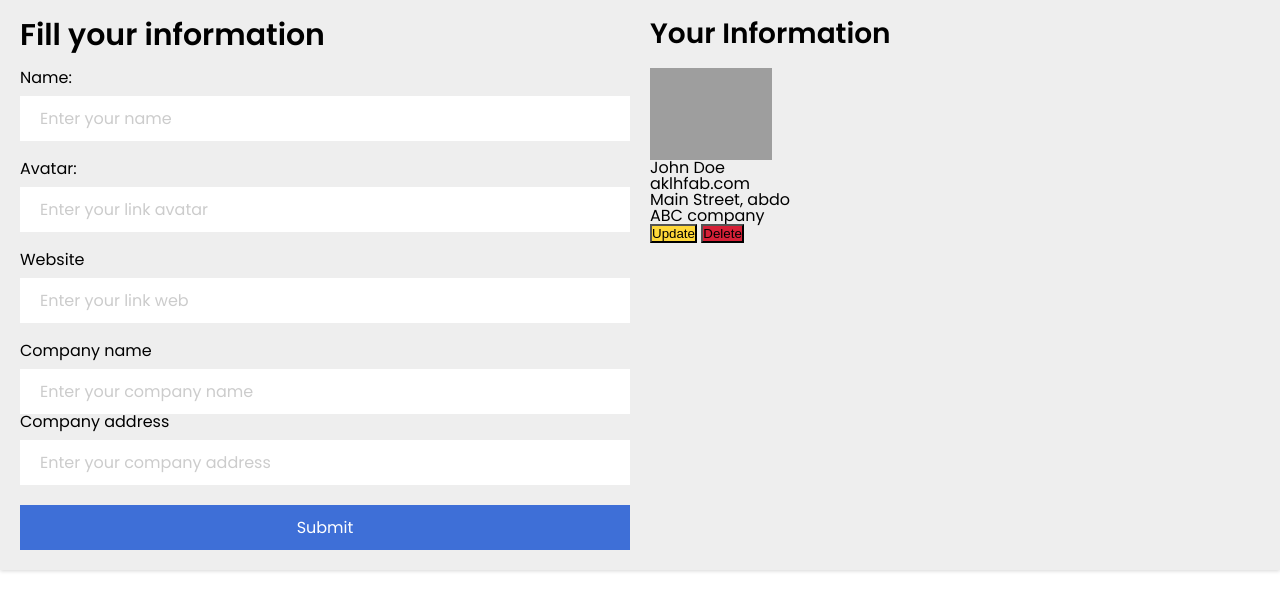
Repository: nttthao9/management
Page: index.html
These files come from the project's save history. The page is drawn as it stood at one moment and after the next save; the edit follows.
The browser window is 1280 px wide. The pictures show the whole page.
Pictures or frames that could not be fetched are drawn as grey boxes. Some web libraries are served in a nearby version.

Above is the page before, as saved 2021-10-13 10:44:49.

### index.html
<!DOCTYPE html>
<html lang="en">

<head>
  <meta charset="UTF-8">
  <meta http-equiv="X-UA-Compatible" content="IE=edge">
  <meta name="viewport" content="width=device-width, initial-scale=1.0">
  <title>Promise</title>
  <link rel="preconnect" href="https://fonts.googleapis.com">
  <link rel="preconnect" href="https://fonts.gstatic.com" crossorigin>
  <link href="https://fonts.googleapis.com/css2?family=Poppins:wght@300;400;500;600&display=swap" rel="stylesheet">
  <link rel="stylesheet" href="https://cdnjs.cloudflare.com/ajax/libs/font-awesome/5.1.0-11/css/all.css"
    integrity="sha512-xO/VZFNBvip9IT+BD6Nq/pHdBvKeFcwygKqARlegjQ+5A68KsMSYrPbGP1oYow5ec9Tqq8peJXcn5J1bD4O00w=="
    crossorigin="anonymous" referrerpolicy="no-referrer" />
  <link rel="stylesheet" href="./.vscode/style.css">
</head>

<body>
  <div class="container">
    <div class="fill-infor">
      <form action="" id="form" autocomplete="off">
        <h2 class="form-title">Fill your information</h2>
        <div class="fill fill-name">
          <label for="name">Name:</label>
          <input type="text" id="name" name="name" autocomplete="off" placeholder="Enter your name">
        </div>
        <div class="fill fill-avatar">
          <label for="avatar">Avatar:</label>
          <input type="text" id="avatar" name="avatar" placeholder="Enter your link avatar">
        </div>
        <div class="fill fill-link">
          <label for="link-web">Website</label>
          <input type="link-web" id="link-web" name="link-web" placeholder="Enter your link web">
        </div>
        <div class="fill fill-company">
          <label for="company">Company name</label>
          <input type="text" id="company-name" name="company-name" placeholder="Enter your company name">
          <label for="company">Company address</label>
          <input type="text" id="company-address" name="company-address" placeholder="Enter your company address">
        </div>
        <input type="submit" value="Submit" class="btn-submit">
      </form>
      <div class="manage">
        <h3 class="filled">Your Information</h3>
        <div class="manage-infor">
          <div class="your-image">
            <img src="http://lorempixel.com/640/480/abstract/" alt="">
          </div>
          <div class="your-name">
            <span class="name">John Doe</span>
          </div>
          <div class="your-link">
            <span class="name">aklhfab.com</span>
          </div>
          <div class="your-address">
            <span class="name">Main Street, abdo</span>
          </div>
          <div class="your-company">
            <span class="name">ABC company</span>
          </div>
          <button type="submit" class="btn-update">Update</button>
          <button type="submit" class="btn-delete">Delete</button>
        </div>
      </div>
    </div>
  </div>
  <script src="./main.js"></script>
</body>

</html>

### .vscode/style.css
html {
  box-sizing: border-box;
  font-size: 62.5%;
}
* {
  margin: 0;
  padding: 0;
}
*,
*:before,
*:after {
  box-sizing: border-box;
}
input,
textarea,
select,
button {
  outline: none;
}
input {
  line-height: normal;
}
label,
button {
  cursor: pointer;
}
a {
  text-decoration: none;
}
img {
  display: block;
  max-width: 100%;
}
body {
  font-family: 'Poppins', sans-serif;
  line-height: 1;
  font-size: 1.6rem;
}
.container {
  padding: 2rem;
  background-color: #eee;
  box-shadow: rgba(0, 0, 0, 0.16) 0px 1px 4px;
}
.btn {
  padding: 5px 1rem;
  border: 0;
  font-size: 1.3rem;
  font-family: 'Poppins', sans-serif;
  cursor: pointer;
  transition: all 0.25s linear;
  width: 10rem;
}
.btn:hover {
  color: #333;
}
.fill-infor {
  display: flex;
  justify-content: space-between;
}
.image {
  width: 50%;
}
img {
  width: 100%;
}
#form {
  width: 50%;
}
.form-title {
  font-size: 3rem;
  margin-bottom: 2rem;
}
.fill {
  margin-bottom: 2rem;
}
.fill-btn {
  display: flex;
  justify-content: space-between;
}
label,
input {
  display: block;
}
label {
  margin-bottom: 1rem;
}
input {
  width: 100%;
  padding: 1rem 2rem;
  border: 0;
  font-size: 1.6rem;
  font-family: 'Poppins', sans-serif;
  color: #333;
}
input::-webkit-input-placeholder {
  color: #ccc;
}
input::-moz-placeholder {
  color: #ccc;
}
input:-ms-input-placeholder {
  color: #ccc;
}
input::-ms-input-placeholder {
  color: #ccc;
}
input::placeholder {
  color: #ccc;
}
.btn-submit {
  width: 100%;
  font-size: 1.6rem;
  background-color: #3e6fd7;
  color: white;
}
.btn-cancel {
  font-size: 1.6rem;
  background-color: #ee4d2d;
  width: 100%;
  color: white;
}
.manage {
  width: 50%;
  margin-left: 2rem;
}
.infor-item {
  display: flex;
  /* justify-content: space-between; */
  align-items: center;
}
.infor-desc {
  margin: 0 2rem;
}
.infor-desc span {
  display: block;
  margin: 1rem 0;
}
.button {
  margin-left: auto;
}
.filled {
  font-size: 2.8rem;
  margin-bottom: 2rem;
}
.your-image {
  width: 20%;
  /* height: 5rem; */
}

.btn-update {
  background-color: #ffd839;
  margin-bottom: 1rem;
}
.btn-delete {
  background-color: #d62037;
}

Loaded but not shown: main.js (no stored copy; drawn as an empty file)

After the next save:
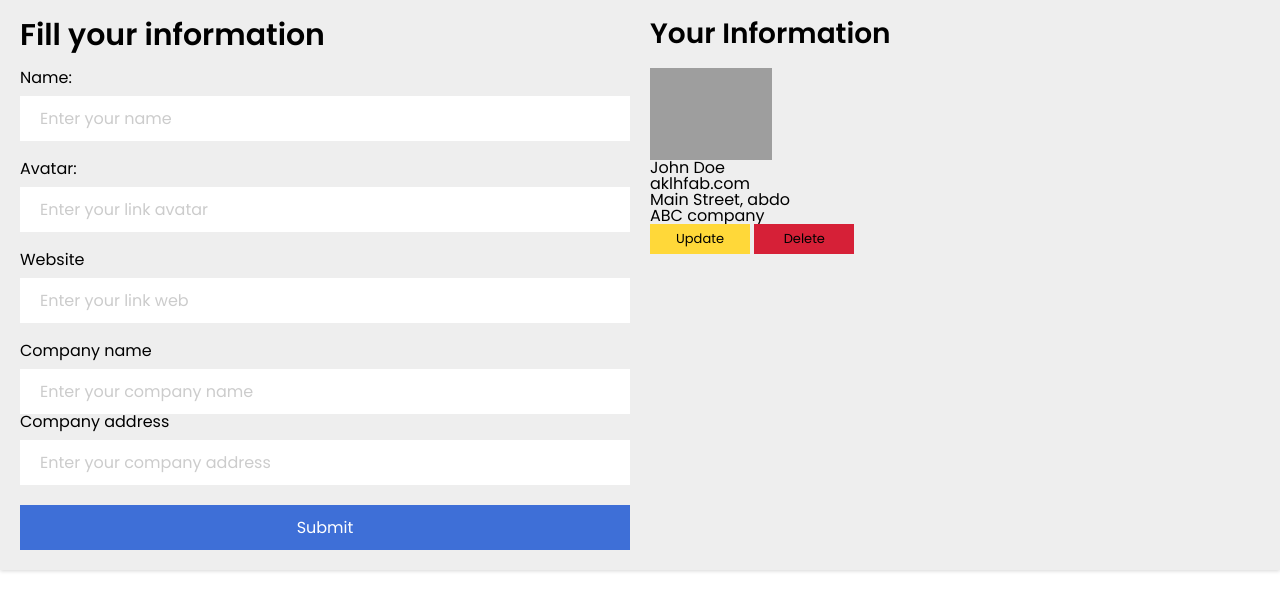
Saved 2 min 15 s later.
--- a/index.html
+++ b/index.html
@@ -58,8 +58,8 @@
           <div class="your-company">
             <span class="name">ABC company</span>
           </div>
-          <button type="submit" class="btn-update">Update</button>
-          <button type="submit" class="btn-delete">Delete</button>
+          <button type="submit" class="btn btn-update">Update</button>
+          <button type="submit" class=" btn btn-delete">Delete</button>
         </div>
       </div>
     </div>
